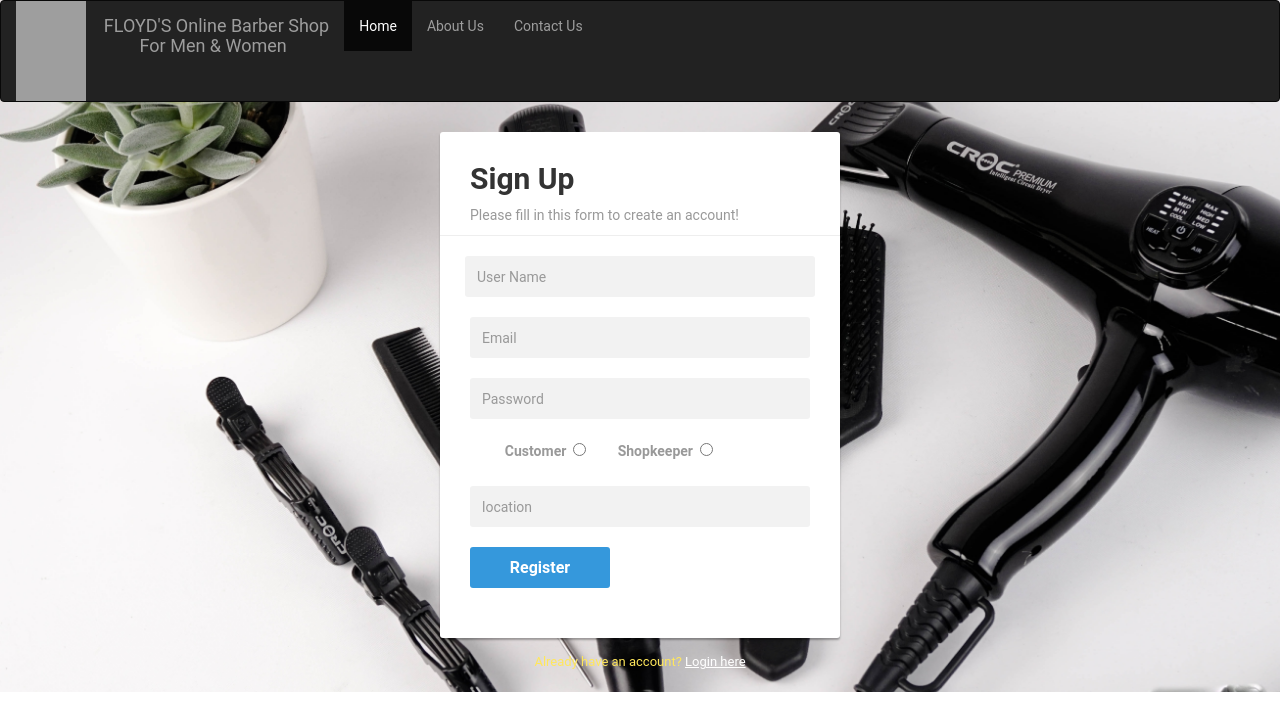
Repository: Mithil-Chavan/OnlineBarbershopManagementSystem
Page: http://localhost/OnlineBarberShop/WEB-INF/views/user/register.jsp
The author's editor kept a copy of each file at every save. The page is drawn from the files as they stood at one save, then again after the next save.
The browser window is 1280 px wide. The pictures show the whole page.
Some web fonts or font styles are not loaded; a fallback is used. The page is served by Tomcat 9. Nobody is signed in. The template is opened directly, without the code that normally fills it, so the values that code supplies are empty.

Above is the page before, as saved 2021-03-25 07:14:12.

After the next save:
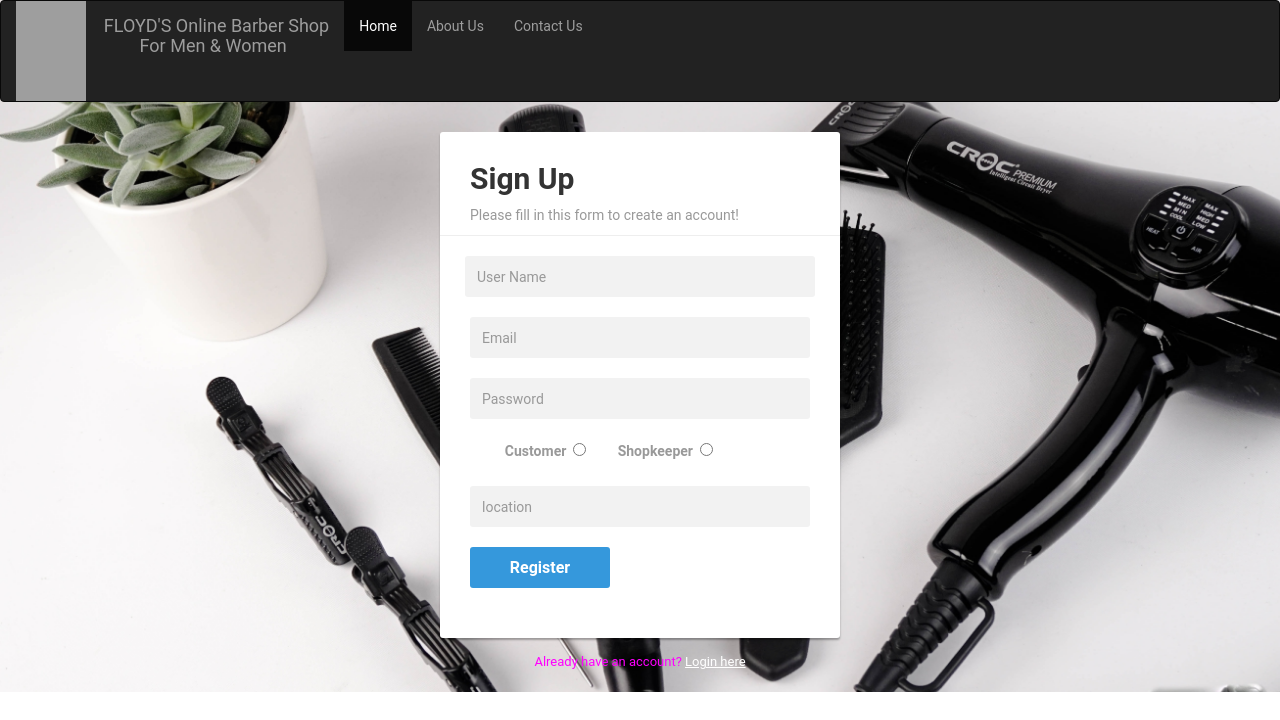
Saved 41 s later.
--- a/OnlineBarberShop/OnlineBarberShop/src/main/webapp/WEB-INF/views/user/register.jsp
+++ b/OnlineBarberShop/OnlineBarberShop/src/main/webapp/WEB-INF/views/user/register.jsp
@@ -99,7 +99,7 @@ body {
 	text-decoration: underline;
 }
 .signup-form .hint-text  {
-color:#ffe75c;
+color:#FF00FF;
 font-size: 13px;
 	padding-bottom: 15px;
 	text-align: center;
